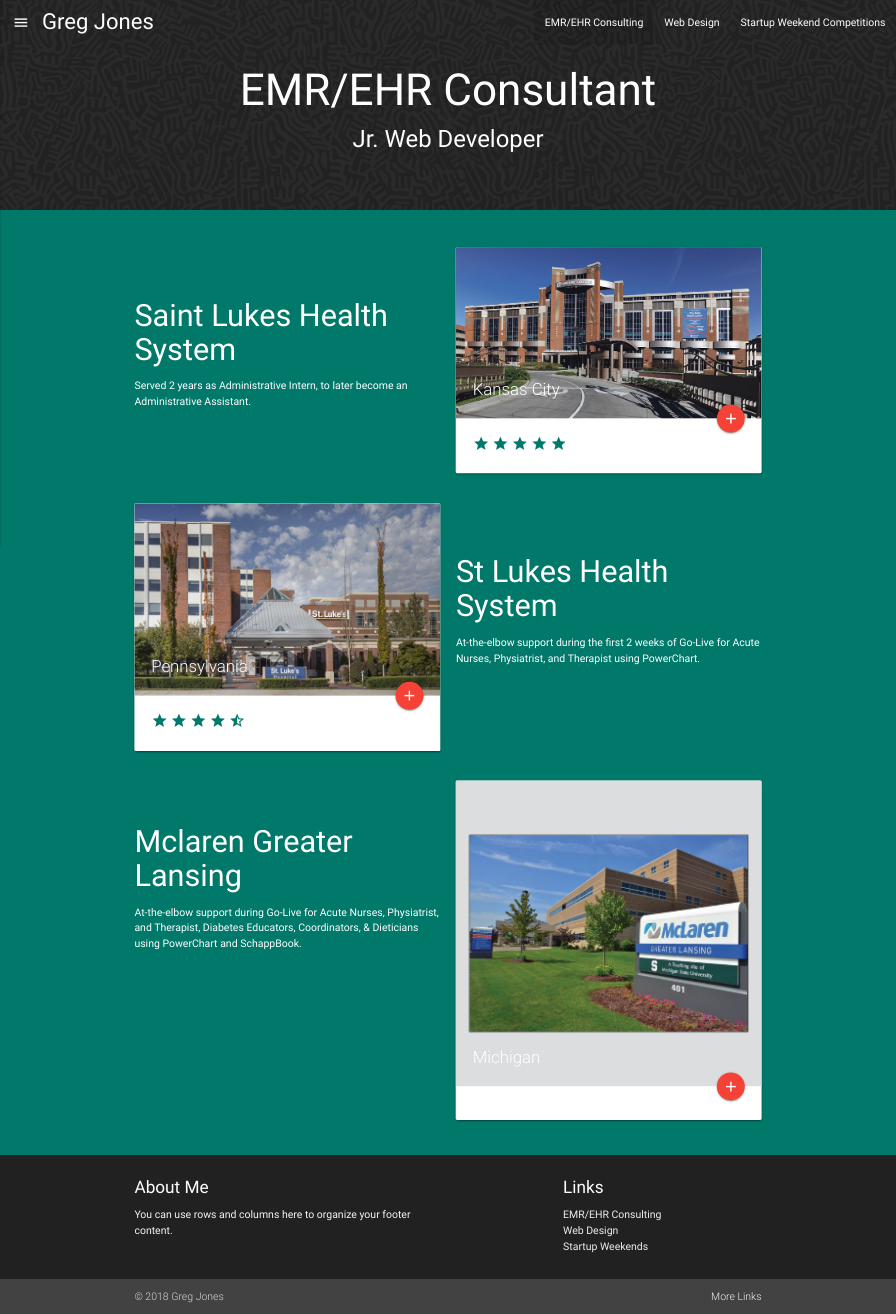
Repository: Greg919617/Existing-Portfolio
Page: index.html
The author's editor kept a copy of each file at every save. The page is drawn from the files as they stood at one save, then again after a run of saves.
The browser window is 1280 px wide. The pictures show the whole page, at 70% of full size.
Some web libraries are served in a nearby version.

Above is the page before, as saved 2018-06-26 18:16:10.

### index.html
<!DOCTYPE html>
<html>

<head>
  <!--Import Google Icon Font-->
  <link href="https://fonts.googleapis.com/icon?family=Material+Icons" rel="stylesheet">
  <!--Import materialize.css-->
  <link type="text/css" rel="stylesheet" href="css/materialize.min.css" media="screen,projection" />
  <link type="text/css" rel="stylesheet" href="css/main.css" />

  <!--Let browser know website is optimized for mobile-->
  <meta name="viewport" content="width=device-width, initial-scale=1.0" />
  <title>Galappear</title>
</head>

<body>
  <!-- Header -->
  <header class="main-header">
    <nav class="transparent nav-wrapper z-depth-0">
      <div class="nav-wrapper">
        <a href="#" data-activates="mobile-nav" class="button-collapse show-on-large">
          <i class="material-icons">menu</i>
        </a>
        <a href="index.html" class="brand-logo">Greg Jones</a>
        <ul class="right hide-on-med-and-down">
          <li class="active">
            <a href="index.html">EMR/EHR Consulting</a>
          </li>
          <li>
            <a href="web-design.html">Web Design</a>
          </li>
          <li>
            <a href="sw.html">Startup Weekend Competitions</a>
          </li>
        </ul>
      </div>
      <ul class="side-nav" id="mobile-nav">
        <li>
          <a href="index.html">EMR/EHR Consulting</a>
        </li>
        <li>
          <a href="web-design.html">Web Design</a>
        </li>
        <li>
          <a href="sw.html">Startup Weekend Competitions</a>
        </li>
      </ul>
    </nav>
    <h1 class="center">EMR/EHR Consultant</h1>
    <h4 class="center">Jr. Web Developer</h4>
  </header>

  <!-- Section: Main -->
  <section class="section section-main">
    <div class="container">
      <!-- Row 1 -->
      <div class="row row-1">
        <div class="col m6 hide-on-small-only">
          <div class="img-content">
            <h3>Saint Lukes Health System</h3>
            Served 2 years as Administrative Intern, to later become an Administrative Assistant.
          </div>
        </div>
        <div class="col m6">
          <div class="card">
            <div class="card-image">
              <img src="img/gallery/saintlukes.jpg" alt="">
              <span class="card-title">Kansas City</span>
              <a href="#abstract1" class="btn-floating halfway-fab waves-effect waves-light red modal-trigger">
                <i class="material-icons">add</i>
              </a>
            </div>
            <div class="card-content">
              <p>
                <i class="material-icons">star</i>
                <i class="material-icons">star</i>
                <i class="material-icons">star</i>
                <i class="material-icons">star</i>
                <i class="material-icons">star</i>
              </p>
            </div>
          </div>
        </div>
      </div>

      <!-- Row 2 -->
      <div class="row row-2">
        <div class="col m6">
          <div class="card">
            <div class="card-image">
              <img src="img/gallery/st-lukes.jpg" alt="">
              <span class="card-title">Pennsylvania</span>
              <a href="#abstract2" class="btn-floating halfway-fab waves-effect waves-light red modal-trigger">
                <i class="material-icons">add</i>
              </a>
            </div>
            <div class="card-content">
              <p>
                <i class="material-icons">star</i>
                <i class="material-icons">star</i>
                <i class="material-icons">star</i>
                <i class="material-icons">star</i>
                <i class="material-icons">star_half</i>
              </p>
            </div>
          </div>
        </div>
        <div class="col m6 hide-on-small-only">
          <div class="img-content">
            <h3>St Lukes Health System</h3>
            At-the-elbow support during the first 2 weeks of Go-Live for Acute Nurses, Physiatrist, and Therapist using PowerChart.
          </div>
        </div>
      </div>

      <!-- Row 3 -->
      <div class="row row-3">
        <div class="col m6 hide-on-small-only">
          <div class="img-content">
            <h3>Mclaren Greater Lansing</h3>
            At-the-elbow support during Go-Live for Acute Nurses, Physiatrist, and Therapist, Diabetes Educators, Coordinators, & Dieticians using PowerChart and SchappBook.
          </div>
        </div>
        <div class="col m6">
          <div class="card">
            <div class="card-image">
              <img src="img/gallery/mclaren.jpg" alt="">
              <span class="card-title">Michigan</span>
              <a href="#abstract3" class="btn-floating halfway-fab waves-effect waves-light red modal-trigger">
                <i class="material-icons">add</i>
              </a>
            </div>
            <div class="card-content">
              <p>
                <!-- <i class="material-icons">star</i>
                <i class="material-icons">star</i>
                <i class="material-icons">star</i>
                <i class="material-icons">star</i>
                <i class="material-icons">star</i> -->
              </p>
            </div>
          </div>
        </div>
      </div>
    </div>
  </section>

  <!-- Footer -->
  <footer class="page-footer">
    <div class="container">
      <div class="row">
        <div class="col l6 s12">
          <h5 class="white-text">About Me</h5>
          <p class="grey-text text-lighten-4">You can use rows and columns here to organize your footer content.</p>
        </div>
        <div class="col l4 offset-l2 s12">
          <h5 class="white-text">Links</h5>
          <ul>
            <li>
              <a class="grey-text text-lighten-3" href="index.html">EMR/EHR Consulting</a>
            </li>
            <li>
              <a class="grey-text text-lighten-3" href="logos.html">Web Design</a>
            </li>
            <li>
              <a class="grey-text text-lighten-3" href="gaming.html">Startup Weekends</a>
            </li>

          </ul>
        </div>
      </div>
    </div>
    <div class="footer-copyright">
      <div class="container">
        © 2018 Greg Jones
        <a class="grey-text text-lighten-4 right" href="#!">More Links</a>
      </div>
    </div>
  </footer>

  <!-- Modal 1 -->
  <div id="abstract1" class="modal">
    <div class="modal-content">
      <h4>Saint Lukes Health System</h4>
      <img src="img/gallery/slhgroup.jpg" alt="" class="responsive-img">
      <br>Epic Cadence Registration
      <br> Epic Cadence Scheduling
      <br>Performance Improvement in the Workplace
      <br>Reading Studies in Radiant
      <br>Wet Reads in Radiant
      <br> Introduction to Willow
      <br>Willow IP Barcode Validation Training
      <br> ED NA/IA Online Training
      <br>Consult Tracking
    </div>
    <div class="modal-footer">
      <p>
        <!-- <i class="material-icons">star</i>
        <i class="material-icons">star</i>
        <i class="material-icons">star</i>
        <i class="material-icons">star</i>
        <i class="material-icons">star</i> -->
      </p>
    </div>
  </div>

  <!-- Modal 2 -->
  <div id="abstract2" class="modal">
    <div class="modal-content">
      <h4>Cerner PowerChart</h4>
      <img src="img/gallery/st-lukes.jpg" alt="" class="responsive-img"> <br> At-the-elbow support during the first 2 weeks of Go-Live for Acute Nurses, Physiatrist, and Therapist using PowerChart.
    </div>
    <div class="modal-footer">
      <p>
        <!-- <i class="material-icons">star</i>
        <i class="material-icons">star</i>
        <i class="material-icons">star</i>
        <i class="material-icons">star</i>
        <i class="material-icons">star_half</i> -->
      </p>
    </div>
  </div>

  <!-- Modal 3 -->
  <div id="abstract3" class="modal">
    <div class="modal-content">
      <h4>Cerner PowerChart</h4>
      <img src="img/gallery/st-lukes.jpg" alt="" class="responsive-img"> <br> At-the-elbow support during the first 2 weeks of Go-Live for Acute Nurses, Physiatrist, and Therapist using PowerChart.
    </div>
    <div class="modal-footer">
      <p>
        <!-- <i class="material-icons">star</i>
        <i class="material-icons">star</i>
        <i class="material-icons">star</i>
        <i class="material-icons">star</i>
        <i class="material-icons">star_half</i> -->
      </p>
    </div>
  </div>

  <!--Import jQuery before materialize.js-->
  <script type="text/javascript" src="https://code.jquery.com/jquery-3.2.1.min.js"></script>
  <script type="text/javascript" src="js/materialize.min.js"></script>
  <script>
    $(document).ready(function () {
      // Init Sidenav
      $('.button-collapse').sideNav();

      // Init Modal
      $('.modal').modal();

      // Scrollfire
      const options = [
        {
          selector: '.row-1', offset: 50, callback: function (el) {
            Materialize.fadeInImage($(el));
          }
        },
        {
          selector: '.row-2', offset: 300, callback: function (el) {
            Materialize.fadeInImage($(el));
          }
        },
        {
          selector: '.row-3', offset: 400, callback: function (el) {
            Materialize.fadeInImage($(el));
          }
        }
      ];

      Materialize.scrollFire(options);

    });
  </script>
</body>

</html>

Loaded but not shown: css/materialize.min.css (library); css/main.css (library); js/materialize.min.js (library)

After the next 2 saves:
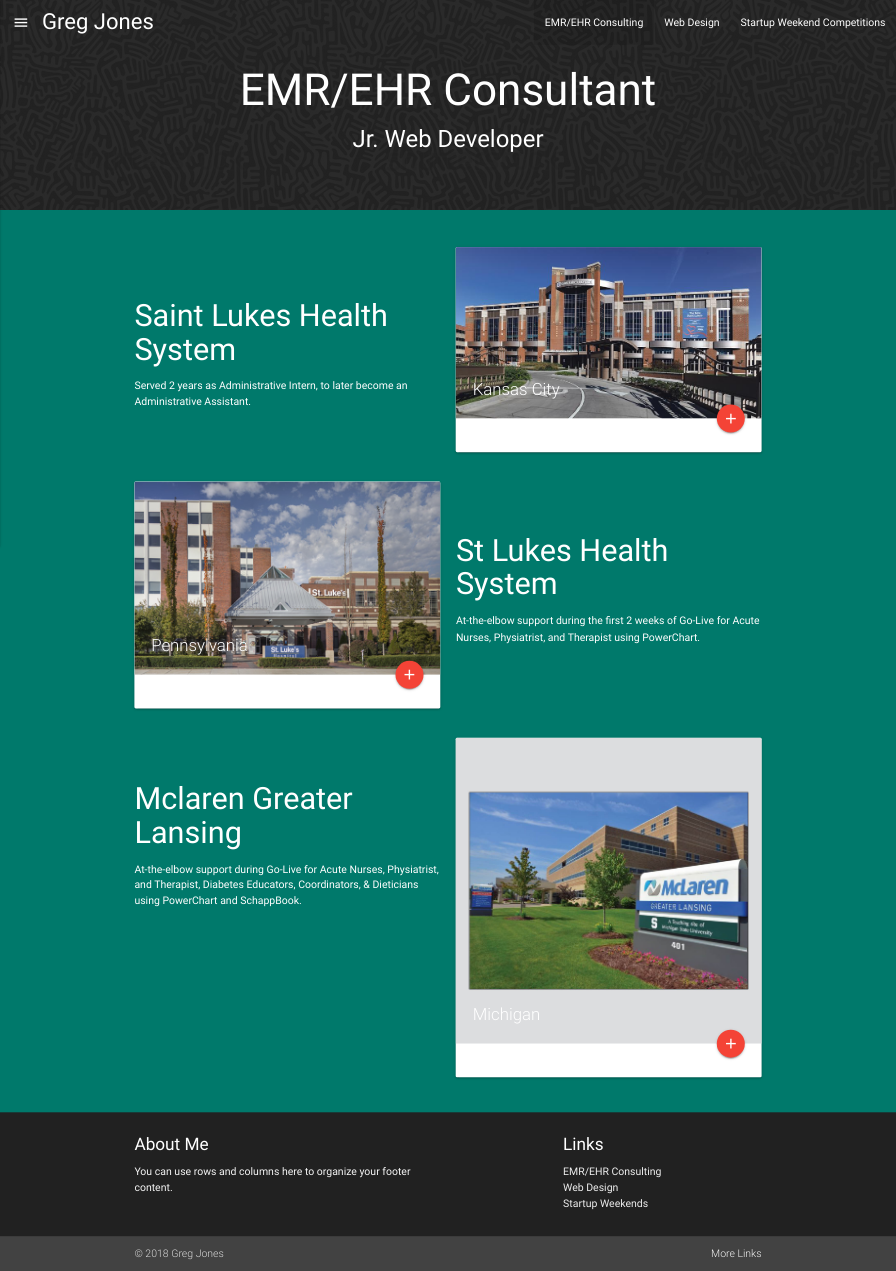
The 2 saves are shown as one change because they came seconds apart.
The last was saved 7 s later.
--- a/index.html
+++ b/index.html
@@ -72,11 +72,11 @@
             </div>
             <div class="card-content">
               <p>
-                <i class="material-icons">star</i>
-                <i class="material-icons">star</i>
-                <i class="material-icons">star</i>
-                <i class="material-icons">star</i>
-                <i class="material-icons">star</i>
+                <!-- <i class="material-icons">star</i>
+                <i class="material-icons">star</i>
+                <i class="material-icons">star</i>
+                <i class="material-icons">star</i>
+                <i class="material-icons">star</i> -->
               </p>
             </div>
           </div>
@@ -96,11 +96,11 @@
             </div>
             <div class="card-content">
               <p>
-                <i class="material-icons">star</i>
-                <i class="material-icons">star</i>
-                <i class="material-icons">star</i>
-                <i class="material-icons">star</i>
-                <i class="material-icons">star_half</i>
+                <!-- <i class="material-icons">star</i>
+                <i class="material-icons">star</i>
+                <i class="material-icons">star</i>
+                <i class="material-icons">star</i>
+                <i class="material-icons">star_half</i> -->
               </p>
             </div>
           </div>
